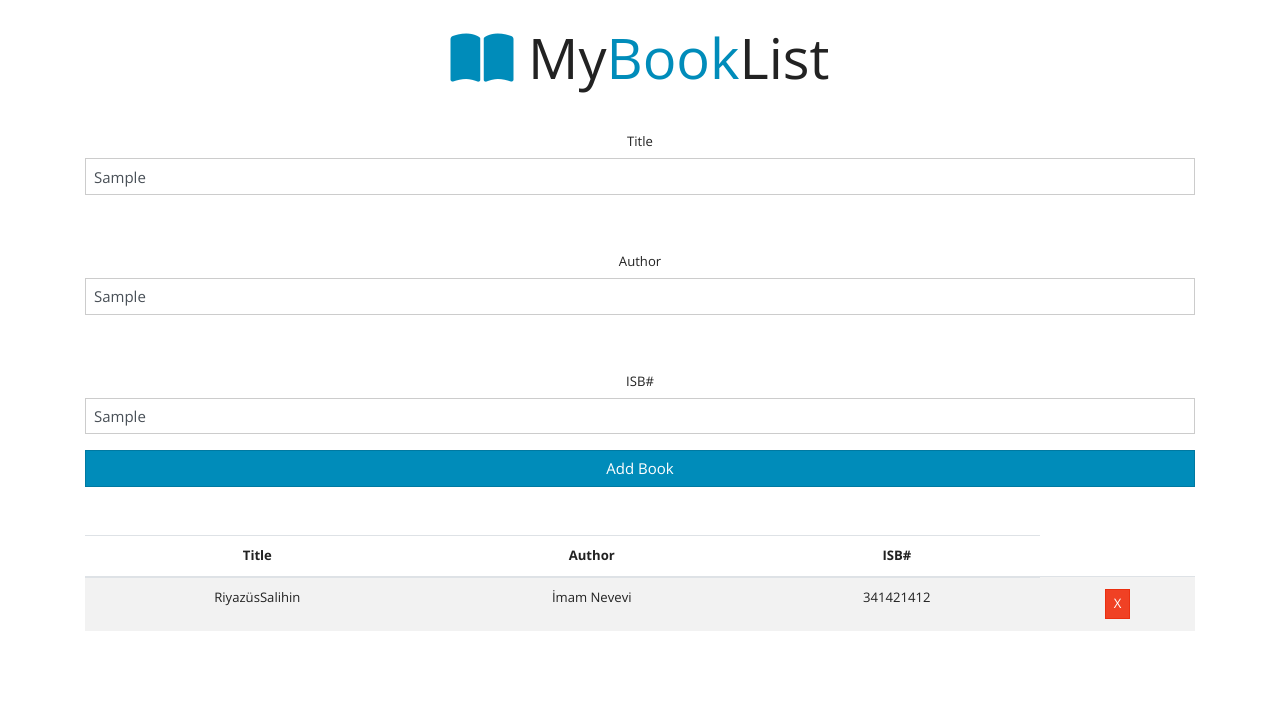
Repository: muhyilmaz/jsMyBookListPrj
Page: index.html
An editor plug-in stored every save of this project. The page is shown before and after a run of saves, followed by the edit.
The browser window is 1280 px wide. The pictures show the whole page.
Empty fields were first filled with sample values (such as "Sample", 5 or name@example.com).
After loading, the first visible `#book-form` was submitted once.
Some web libraries are served in a nearby version.

Above is the page before, as saved 2020-06-21 16:35:59.

### index.html
<!DOCTYPE html>
<html lang="en">
<head>
    <meta charset="UTF-8">
    <meta name="viewport" content="width=device-width, initial-scale=1.0">
    <title>My Book List App</title>
    <link rel="stylesheet" href="bootstrap.min.css ">
    <script src="https://kit.fontawesome.com/c5e42f8755.js" crossorigin="anonymous"></script>

</head>
<body>
    <dir class="container mt-4">
        <h1 class="display-4 text-center">
            <i class="fas fa-book-open text-primary"></i>
            My<span class="text-primary">Book</span>List

            <form id="book-form">

                <div class="form-group">

                    <label for="title">Title</label>
                    <input type="text" name="" id="title" class="form-control">
                </div>
                <div class="form-group">

                    <label for="title">Author</label>
                    <input type="text" name="" id="author" class="form-control">
                </div>
                <div class="form-group">

                    <label for="title">ISB#</label>
                    <input type="text" name="" id="isbn" class="form-control">
                </div>

                <input type="submit" value="Add Book" class="btn btn-primary btn-block">
            </form>

            <table class="table table-striped mt-5">
                <thead>
                    <tr>
                        <th>Title</th>
                        <th>Author</th>
                        <th>ISB#</th>
                    </tr>
                </thead>
                <tbody id="book-list"></tbody>
            </table>
        </h1>

    </dir>

    <script src="app.js"></script>
</body>
</html>

### app.js
//Book Class: Represents a Book
class Book{
    constructor(title, author, isbn){
        this.title = title;
        this.author = author;
        this.isbn = isbn;
    }
}
//UI Class : Handle UI Tasks
class UI{
    static displayBooks(){
        const StoredBooks = [
            {
                title: "RiyazüsSalihin",
                author: "İmam Nevevi",
                isbn: "341421412"

            }
        ];
        const books = StoredBooks;

        books.forEach((book) => UI.addBookToList(book));

    }

    static addBookToList(book){
            const list = document.querySelector('#book-list');
            const row = document.createElement('tr');

            row.innerHTML = `
            <td>${book.title}</td>
            <td>${book.author}</td>
            <td>${book.isbn}</td>
            <td><a href="#" class="btn btn-danger btn-sm delete">X</a></td>
            `;

            list.appendChild(row);
    }
}
// Store Class : Handles Storage

// Event : Display Books
document.addEventListener('DOMContentLoaded', UI.displayBooks);
// Event : Add Books
document.querySelector('#book-form').addEventListener('submit', (e)=>
{
    //Prevent actual submit
    e.preventDefault();
    //Get form values
    const title = document.querySelector('#title').value;
    const author = document.querySelector('#author').value;
    const isbn = document.querySelector('#isbn').value;

    // Instantiate book

    const book = new Book(title, author, isbn);
    console.log(book);
})
// Event : Delete Books

Loaded but not shown: bootstrap.min.css (library)

After the next 2 saves:
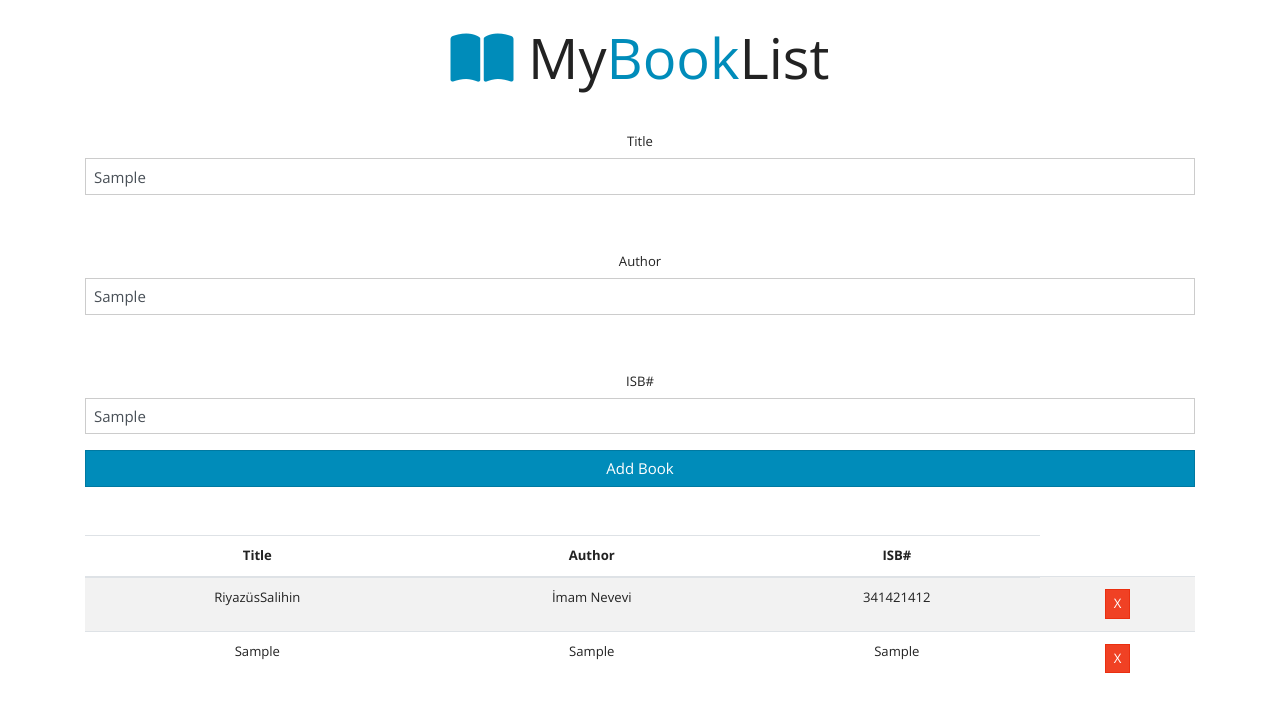
The 2 saves are shown as one change because they came seconds apart.
The last was saved 65 s later.
--- a/app.js
+++ b/app.js
@@ -55,5 +55,8 @@ document.querySelector('#book-form').addEventListener('submit', (e)=>
 
     const book = new Book(title, author, isbn);
     console.log(book);
+
+    //Add book to UI
+    UI.addBookToList(book);
 })
 // Event : Delete Books
